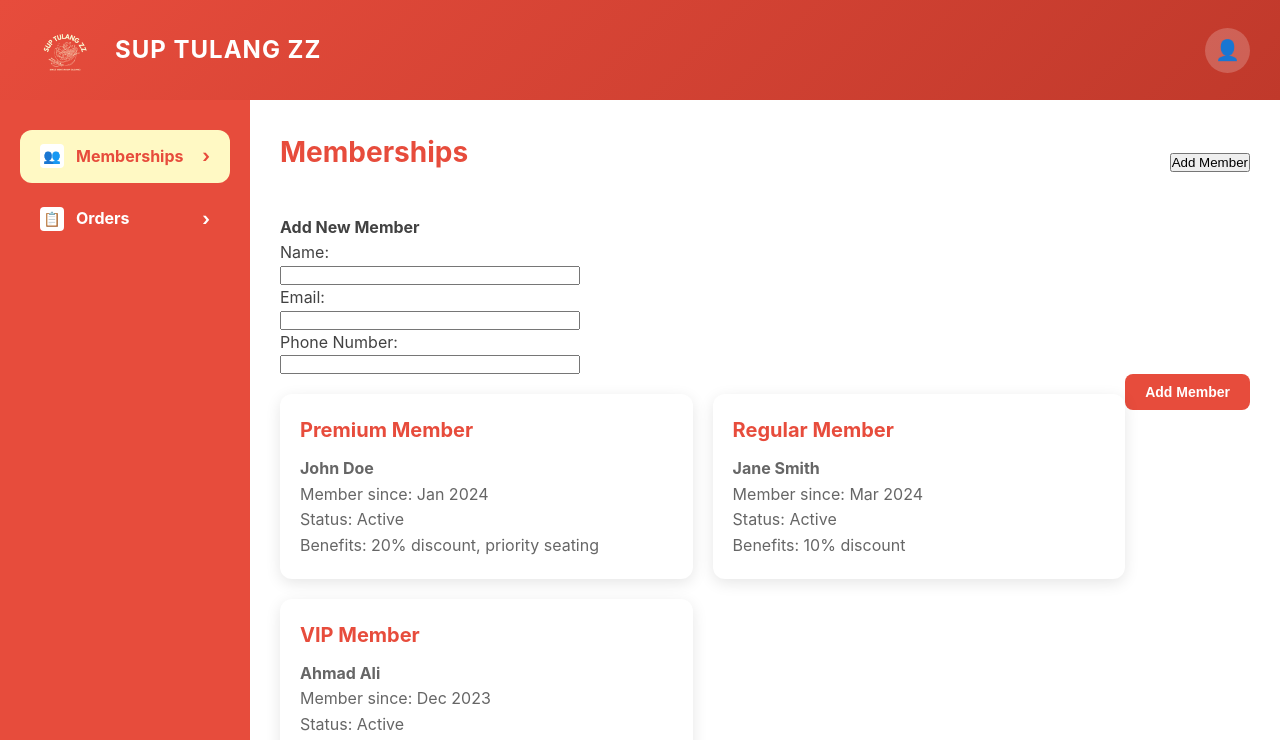
Repository: YIsheng2002/web-frontend
Page: view/Staff/dashboardstaff.html
These files come from the project's save history. The page is drawn as it stood at one moment and after the next save; the edit follows.
The browser window is 1280 px wide. The pictures show the whole page.
An inner scrolling area shows only its first screen.

Above is the page before, as saved 2025-06-12 15:46:43.

After the next save:
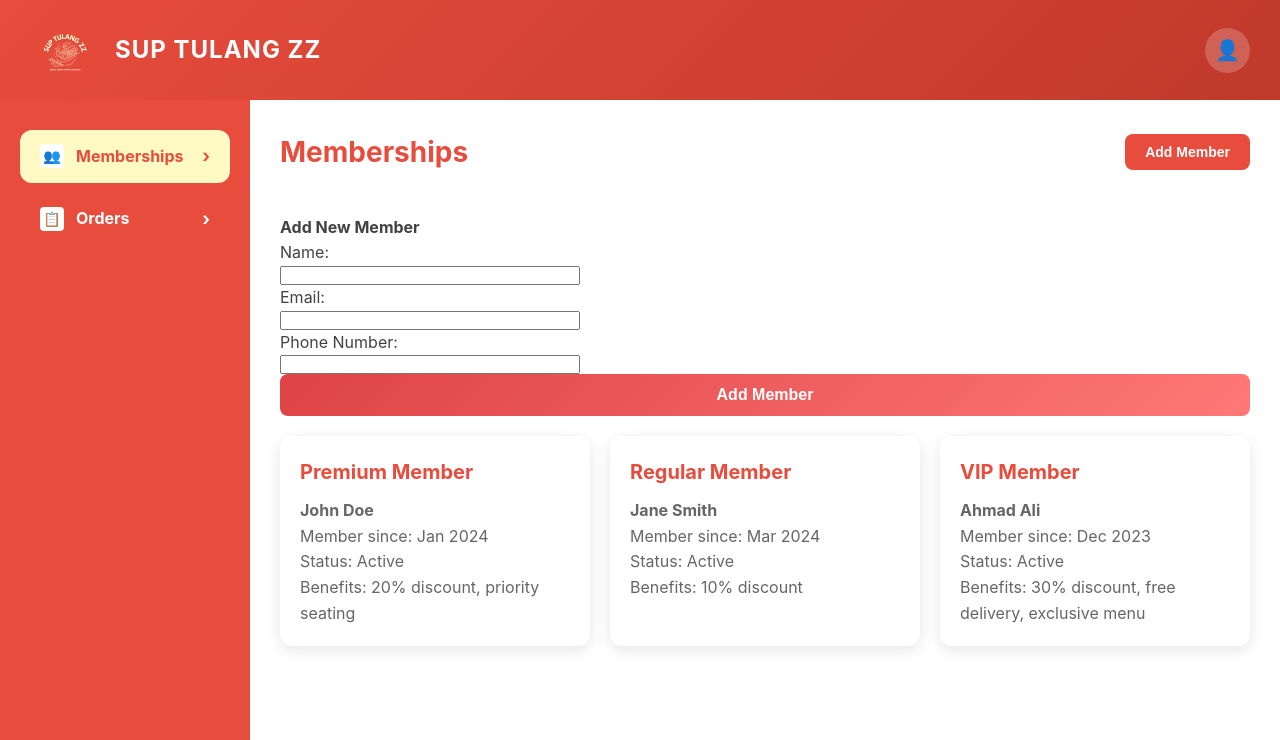
Saved 28 s later.
--- a/view/Staff/dashboardstaff.html
+++ b/view/Staff/dashboardstaff.html
@@ -69,7 +69,7 @@
         <div class="main-content active" id="membership">
             <div class="membership-header">
                 <h3>Memberships</h3>
-                <button class="add-member-btn" onclick="addMember()">Add Member</button>
+                <button class="add-membership-btn" onclick="addMember()">Add Member</button>
             </div>
 
             <div id="membershipForm" class="membership-form hidden">
@@ -89,7 +89,7 @@
                         <label for="memberphonenumber">Phone Number:</label>
                         <input type="phone number" class="input-size" id="memberphonenumber" name="memberphonenumber"required>
                     </div>
-                    <button type="submit" class="add-membership-btn">Add Member</button>
+                    <button type="submit" class="btn-primary">Add Member</button>
 
 
                 </form>
